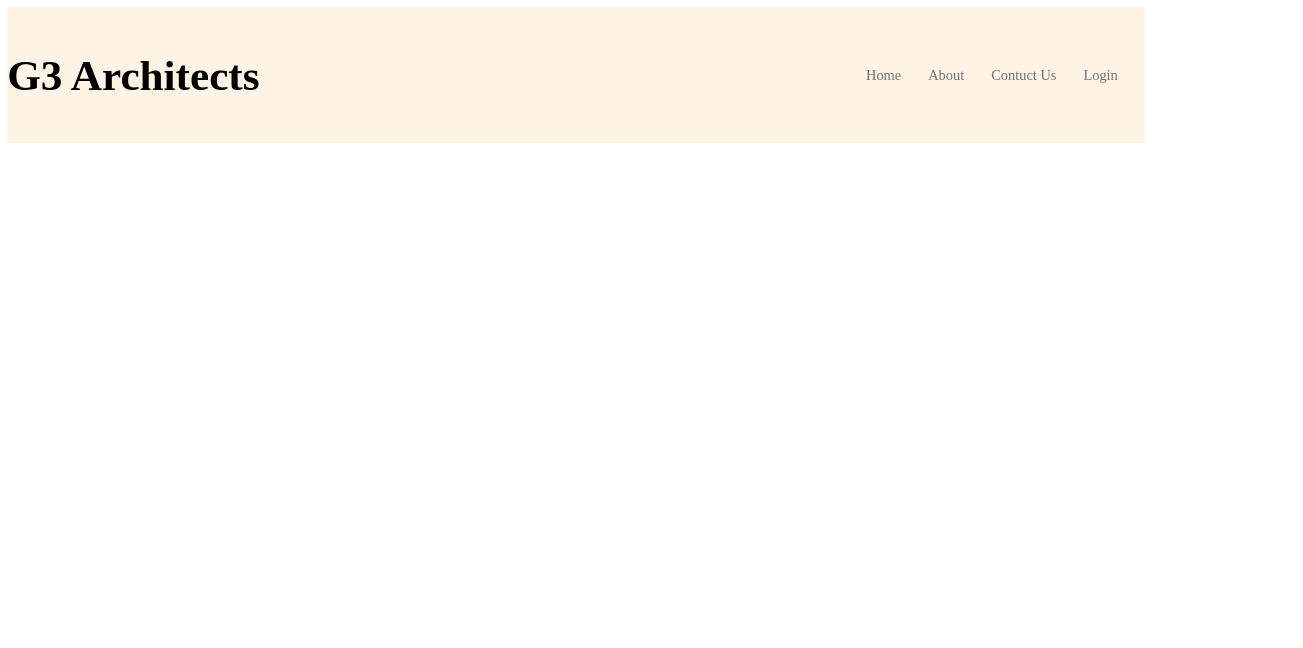
Repository: Safin421/g3-responsive-website
Page: index.html
The author's editor kept a copy of each file at every save. The page is drawn from the files as they stood at one save, then again after the next save.
The browser window is 1280 px wide. The page is 1280 px wide, then 1448 px, so the pictures cover 1448 px, including what lies to the right of the window. The pictures show the whole page, at 90% of full size.

Above is the page before, as saved 2024-08-19 22:54:36.

After the next save:
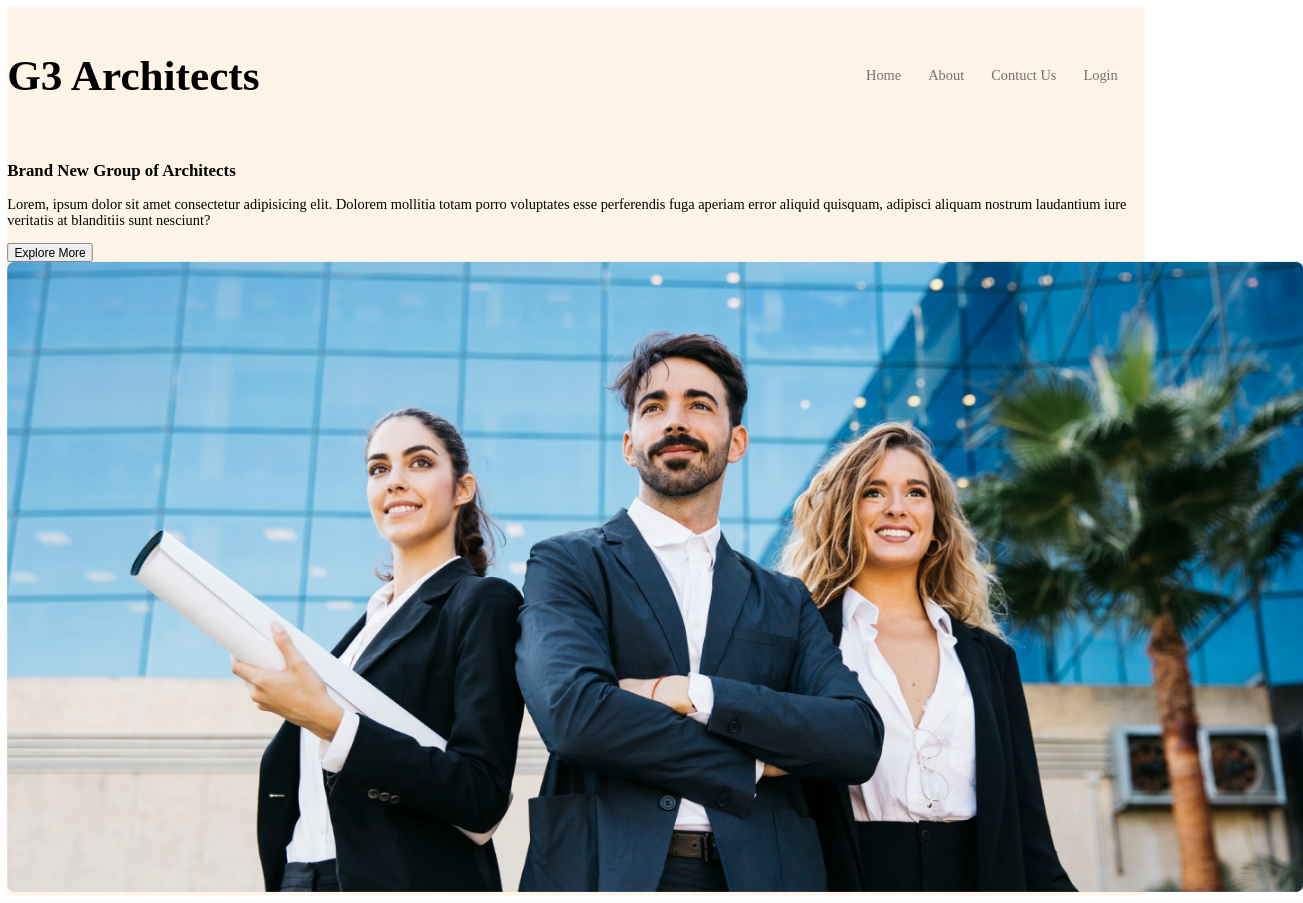
Saved 5 min 7 s later.
--- a/index.html
+++ b/index.html
@@ -18,6 +18,10 @@
             </ul>
         </nav>
         <div class="baner">
+            <h3 class="baner-titel">Brand New Group of Architects </h3>
+            <p class="baner-description">Lorem, ipsum dolor sit amet consectetur adipisicing elit. Dolorem mollitia totam porro voluptates esse perferendis fuga aperiam error aliquid quisquam, adipisci aliquam nostrum laudantium iure veritatis at blanditiis sunt nesciunt?</p>
+            <button class="btn-primary">Explore More</button>
+            <img src="images/banner.png" alt="">
 
         </div>
 
